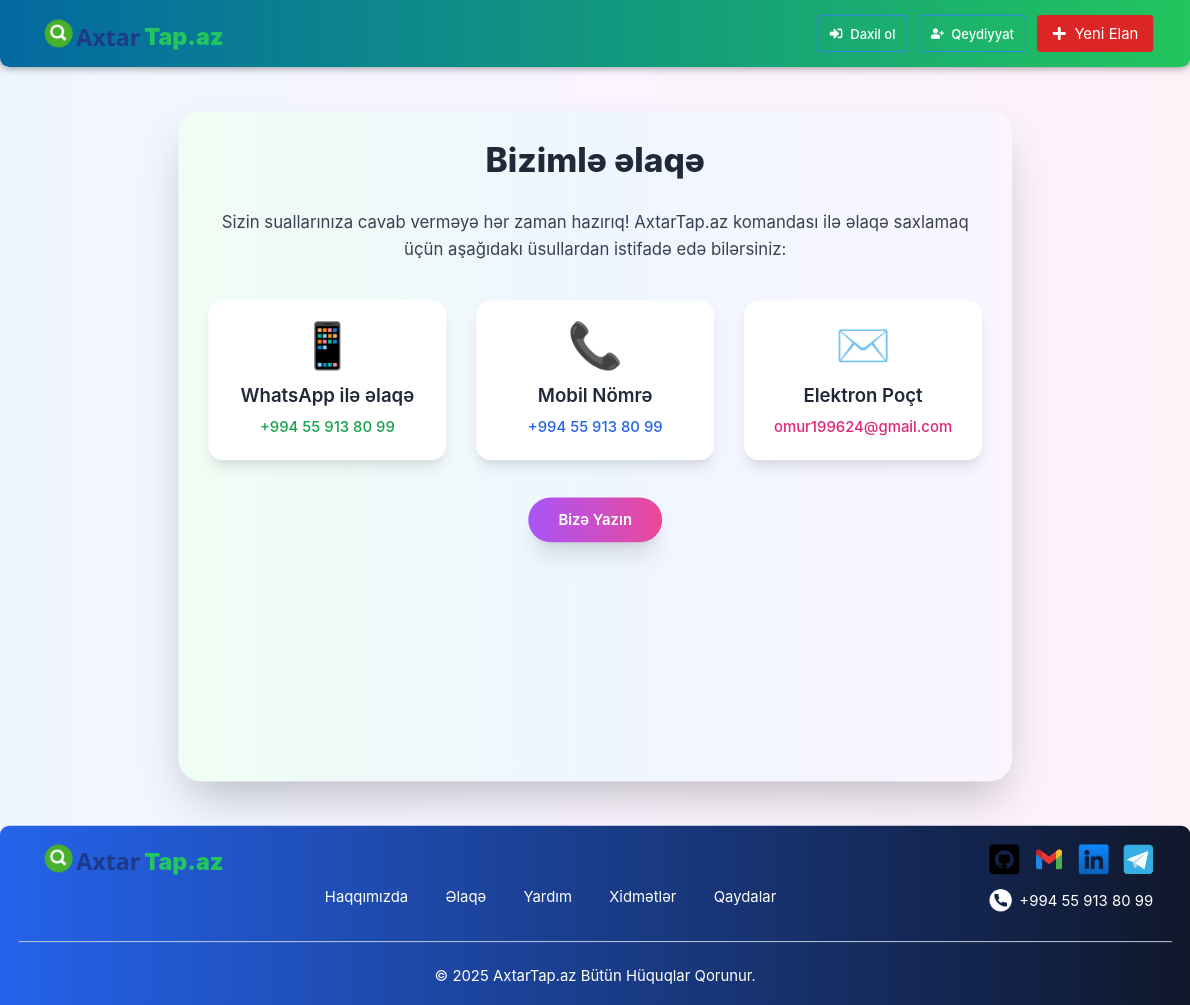
Repository: Omur56/AxtarTap.az
Page: /contact
An editor plug-in stored every save of this project. The page is shown before and after a run of saves, followed by the edit.
The browser window is 1280 px wide. The pictures show the whole page, at 93% of full size.
The project was rebuilt for these pictures with package versions that can differ from the ones it lists, and the page was loaded fresh each time. Some packages were replaced by stand-ins written for this rebuild. Also part of the build but not shown: src/pages/Katalog/Cateqories/index.jsx, src/pages/Katalog/index.jsx, src/pages/About/index.jsx, src/pages/Qaydalar/index.jsx, src/pages/Yardım/index.jsx, src/pages/Xidmetler/index.jsx, src/pages/Home/index.jsx, src/components/CreatePostNeqliyyat/index.jsx and 32 more.

Above is the page before, as saved 2025-08-21 19:39:32.

### public/index.html
<!DOCTYPE html>
<html lang="en">
  <head>
    <meta charset="utf-8" />
    <link rel="icon" href="./assets/TitleLogoImg/titleLogoAxtar.png" />
    <meta name="viewport" content="width=device-width, initial-scale=1" />
    <meta name="theme-color" content="#449b5c" />
    <meta name="viewport" content="width=device-width, initial-scale=1, viewport-fit=cover">

    <meta
      name="description"
      content="Web site created using create-react-app"
    />
    <link rel="apple-touch-icon" href="./assets/TitleLogoImg/titleLogoAxtar.png" />
    <!--
      manifest.json provides metadata used when your web app is installed on a
      user's mobile device or desktop. See https://developers.google.com/web/fundamentals/web-app-manifest/
    -->
    <link rel="manifest" href="%PUBLIC_URL%/manifest.json" />
    <!--
      Notice the use of %PUBLIC_URL% in the tags above.
      It will be replaced with the URL of the `public` folder during the build.
      Only files inside the `public` folder can be referenced from the HTML.

      Unlike "/favicon.ico" or "favicon.ico", "%PUBLIC_URL%/favicon.ico" will
      work correctly both with client-side routing and a non-root public URL.
      Learn how to configure a non-root public URL by running `npm run build`.
    -->
    <title>AxtarTap.az</title>
  </head>
  <body>
    <noscript>You need to enable JavaScript to run this app.</noscript>
    <div id="root"></div>
    <!--
      This HTML file is a template.
      If you open it directly in the browser, you will see an empty page.

      You can add webfonts, meta tags, or analytics to this file.
      The build step will place the bundled scripts into the <body> tag.

      To begin the development, run `npm start` or `yarn start`.
      To create a production bundle, use `npm run build` or `yarn build`.
    -->
  </body>
</html>

### src/index.js
import React from 'react';
import ReactDOM from 'react-dom/client';
import App from './app/index';
import './index.css';





const root = ReactDOM.createRoot(document.getElementById('root'));
root.render(

  <React.StrictMode>

    <App />


  </React.StrictMode>

);

### src/app/index.js
import { RouterProvider } from "react-router";
import router from './routes';



function App() {
  return (

    <RouterProvider router={router} />




  );
}

export default App;

### src/index.css
@tailwind base;
@tailwind components;
@tailwind utilities;



*{
    font-family: -apple-system, BlinkMacSystemFont, "Helvetica Neue", "Segoe UI", sans-serif;
}

### src/app/routes.js
import { createBrowserRouter } from "react-router-dom";
import { BrowserRouter, Routes, Route } from "react-router-dom";
import About from "../pages/About";
import Contact from "../pages/Contact";
import Qaydalar from "../pages/Qaydalar";
import Yardim from "../pages/Yardım";
import Xidmetler from "../pages/Xidmetler";
import RootLayout from "../components/Main";
import Katalog from "../pages/Katalog";
import Home from "../pages/Home";
import Nəqliyyat from "../pages/Katalog/Neqliyyat";
import EvVəBag from "../pages/Katalog/Ev_veBag";
import Elektronika from "../pages/Katalog/Elektronika";
import Geyimlər from "../pages/Katalog/Geyimlər";
import Zinət_əşyaları from "../pages/Katalog/Zinət_əşyaları";
import Telefonlar from "../pages/Katalog/Telefonlar";
import Daşınmaz_əmlak from "../pages/Katalog/Daşınmaz_əmlak";
import Məişət_Texnikası from "../pages/Katalog/Məişət_Texnikası";
import Ehtiyyat_hissələri_ve_aksesuarlar from "../pages/Katalog/Ehtiyyat_hissələri_ve_aksesuarlar";
import PostDetail from "../pages/PostDetailHome";
import PostDetalCar from "../pages/PostDetalCar";
import CreateCatalogPost from "../pages/CreateCatalogPost";
import PostDetailElectronika from "../pages/PostDetailElectronika";
import PostDetailAcsesuar from "../pages/PostDetailAcsesuar";
import PostRealEstate from "../pages/PostRealEstate";
import PostDetailHousehold from "../pages/PostDetailHousehold";
import PostDetailPhone from "../pages/PostDetailPhone";
import PostDetailClothing from "../pages/PostDetailClothing";
import PostDetailJewelry from "../pages/PostDetailJewelry";
import PostDetailHome from "../pages/PostDetailHome";
import PrivateRoute from "../components/PrivateRoute";
import Search from "../pages/Search";
import Login from "../pages/Login";
import Reqister from "../pages/Reqister";
import Profile from "../pages/Profile";

import ResetPassword from "../pages/ResetPassword";

const router = createBrowserRouter([
  <RootLayout />,
  {
    path: "/",
    Component: RootLayout,
    children: [
      {
        index: true,
        Component: Home,
      },

      {
        path: "/",
        Component: Home,
      },
      {
        path: "/Katalog",
        Component: Katalog,

      },
      {
        path: "/CreateCatalogPost",
        Component: CreateCatalogPost,
      },
      {
        path: "/Katalog/Nəqliyyat",
        Component: Nəqliyyat,
      },
      {
        path: "/cars/:id",
        Component: PostDetalCar,

      },
      {
        path: "/Katalog/Ev_veBag",
        Component: EvVəBag,
      },

      {
        path: "/elan/:id",
        Component: PostDetail,
      },
      {
        path: "/PostDetalCar/:id",
        Component: PostDetalCar,
      },
       {
          path: "/PostDetailElectronika/:id",
          Component: PostDetailElectronika,
       },
       {
          path: "/PostDetailAcsesuar/:id",
          Component: PostDetailAcsesuar,
       },

       {path: "/PostRealEstate/:id",
       Component: PostRealEstate,

       },

       {
        path: "/PostDetailHousehold/:id",
        Component: PostDetailHousehold,
       },
       {
        path: "/PostDetailPhone/:id",
        Component: PostDetailPhone,

       },

       {
        path: "/PostDetailClothing/:id",
        Component: PostDetailClothing,
       },
       {
        path: "/PostDetailJewelry/:id",
        Component: PostDetailJewelry,
       },
       {
        path: "/PostDetailHome/:id",
        Component: PostDetailHome,
       },
      {
        path: "/Katalog/Elektronika",
        Component: Elektronika,

      },
      {
        path: "/Katalog/Geyimlər",
        Component: Geyimlər,
      },
      {
        path: "/Katalog/Zinət_əşyaları",
        Component: Zinət_əşyaları,
      },
      {
        path: "/Katalog/Telefonlar",
        Component: Telefonlar,
      },
      {
        path: "/Katalog/Daşınmaz_əmlak",
        Component: Daşınmaz_əmlak,
      },
      {
        path: "/Katalog/Məişət_Texnikası",
        Component: Məişət_Texnikası,
      },
      {
        path: "/Katalog/Ehtiyyat_hissələri_ve_aksesuarlar",
        Component: Ehtiyyat_hissələri_ve_aksesuarlar,
      },


      {
        path: "/about",
        Component: About,
      },
     {
      path: "/contact",
      Component: Contact,
     },
     {
      path: "/qaydalar",
      Component: Qaydalar,
     },

    {
      path: "/yardim",
      Component: Yardim,
    },
    {
      path: "/Xidmetler",
      Component: Xidmetler,
    },

    {
      path: "/login",
      Component: Login,
    },
    {
      path: "/reqister",
      Component: Reqister,
    },

    {
      path: "/search",
      Component: Search,
    },


{
   path: "/",
          Component: () => {
            <PrivateRoute>
              <Home />
            </PrivateRoute>
          }
},
{
   path: "/Profile",
          Component: () => {
            <PrivateRoute>
              <Profile />
            </PrivateRoute>
          }
},

{
  path: "/Profile",
  Component: Profile,
},




{
  path: "/reset-password/:token",
   Component: ResetPassword,
},



    ],
  },
]);

export default router;

### src/pages/Contact/index.jsx



const Contact = () => {
    return (
        <div>
            <div className="max-w-4xl mx-auto p-8 mt-12 mb-12 min-h-screen  bg-gradient-to-r from-green-50 via-blue-50 to-purple-50 rounded-3xl shadow-2xl">
  <h2 className="text-4xl font-extrabold text-gray-800 mb-8 text-center">Bizimlə əlaqə</h2>

  <p className="text-gray-700 text-lg leading-relaxed text-center mb-10">
    Sizin suallarınıza cavab verməyə hər zaman hazırıq! AxtarTap.az komandası ilə əlaqə saxlamaq üçün aşağıdakı üsullardan istifadə edə bilərsiniz:
  </p>

  <div className="grid md:grid-cols-3 gap-8 text-center ju">

    <div className="bg-white rounded-2xl p-6 shadow-lg transform hover:-translate-y-2 hover:scale-105 transition-all duration-300">
      <div className="text-green-500 text-5xl mb-4 flex justify-center">📱</div>
      <h3 className="text-xl font-semibold text-gray-800 mb-2">WhatsApp ilə əlaqə</h3>
      <a
        href="https://wa.me/99455xxxxxxx"
        target="_blank"
        rel="noopener noreferrer"
        className="text-green-600 font-medium hover:underline"
      >
        +994 55 913 80 99
      </a>
    </div>


    <div className="bg-white rounded-2xl p-6 shadow-lg transform hover:-translate-y-2 hover:scale-105 transition-all duration-300">
      <div className="text-blue-500 text-5xl mb-4 flex justify-center">📞</div>
      <h3 className="text-xl font-semibold text-gray-800 mb-2">Mobil Nömrə</h3>
      <a href="tel:+994559138099" className="text-blue-600 font-medium hover:underline">
        +994 55 913 80 99
      </a>
    </div>


    <div className="bg-white rounded-2xl p-6 shadow-lg transform hover:-translate-y-2 hover:scale-105 transition-all duration-300">
      <div className="text-pink-500 text-5xl mb-4 flex justify-center">✉️</div>
      <h3 className="text-xl font-semibold text-gray-800 mb-2">Elektron Poçt</h3>
      <a href="mailto:omur199624@gmail.com" className="text-pink-600 font-medium hover:underline">
        omur199624@gmail.com
      </a>
    </div>
  </div>

  <div className="mt-10 flex justify-center">
    <span className="inline-block px-8 py-3 bg-gradient-to-r from-purple-500 to-pink-500 text-white font-semibold rounded-full shadow-xl hover:scale-105 transition-transform cursor-pointer">
      Bizə Yazın
    </span>
  </div>
</div>

        </div>
    );
};
export default Contact;

### src/components/Main/index.jsx
import {Outlet,  useNavigate } from "react-router";
import Footer from "../Footer";
import BottomMenu from "../MobileMenu";
import Header from "../Header";



const RootLayout = () => {
  const navigate = useNavigate();

  return (
   <div className=" bg-gradient-to-r from-blue-50 via-purple-50 to-pink-50">
       <Header />

      <Outlet />
       <Footer/>
      <BottomMenu />
   </div>
  );
};

export default RootLayout;

### src/components/Footer/index.jsx
import { Link } from "react-router-dom";
import TitleLogo from "../TitleLogo";

function Footer() {
  return (
    <footer className="px-5 sm:px-5 py-5  bg-gradient-to-r from-blue-600 to-slate-900 rounded-t-[10px]">
      <div className="mx-auto max-w-[1200px] flex flex-col md:flex-row justify-between gap-2">

        <div className="flex justify-start max-h-[20px] md:justify-start">
          <div className="w-20 h-20">
            <TitleLogo />
          </div>
        </div>


        <div className="grid grid-cols-1 mt-[40px] gap-6 items-center text-white justify-center">
          <div className="flex flex-col sm:flex-row sm:gap-6 lg:gap-10 items-center">
            <Link className="hover:text-[#43D262] hover:underline" to={"/about"}>
              Haqqımızda
            </Link>
            <Link className="hover:text-[#43D262] hover:underline" to={"/contact"}>
              Əlaqə
            </Link>



            <Link className="hover:text-[#43D262] hover:underline" to={"/yardim"}>
              Yardım
            </Link>
            <Link className="hover:text-[#43D262] hover:underline" to={"/Xidmetler"}>
              Xidmətlər
            </Link>
            <Link className="hover:text-[#43D262] hover:underline" to={"/Qaydalar"}>
              Qaydalar
            </Link>
       </div>
        </div>

        <div className="flex flex-col items-center md:items-end gap-4">
          <div className="flex gap-4">
            <Link to={"https://github.com/omur56"}>
              <img
                className="w-8 h-8 sm:w-8 sm:h-8"
                src="/assets/SocialMediaIcon/github_3291695-removebg-preview.png"
                alt="Github"
              />
            </Link>
            <Link to={"https://mail.google.com/mail/?view=cm&fs=1&to=omur199624@gmail.com"}>
              <img
                className="w-8 h-8 sm:w-8 sm:h-8"
                src="/assets/SocialMediaIcon/icons8-gmail-48.png"
                alt="Gmail"
              />
            </Link>
            <Link to={"https://www.linkedin.com/in/%C3%B6m%C3%BCrxan-abdullayev-b2052a318"}>
              <img
                className="w-8 h-8 sm:w-8 sm:h-8"
                src="/assets/SocialMediaIcon/linkedin_3992606-removebg-preview.png"
                alt="Linkedin"
              />
            </Link>
            <Link to={"https://t.me/omurxan1"}>
              <img
                className="w-8 h-8 sm:w-8 sm:h-8"
                src="/assets/SocialMediaIcon/telegram-svgrepo-com.svg"
                alt="Telegram"
              />
            </Link>
          </div>

          <a
            className="text-white text-sm sm:text-base flex items-center gap-2 hover:underline hover:text-sky-400"
            href="tel:+994559138099"
          >
            <img
              className="w-6 h-6 sm:w-6 sm:h-6"
              src="/assets/SocialMediaIcon/telephoneicon.png"
              alt="Phone"
            />
            +994 55 913 80 99
          </a>
        </div>
      </div>

      <div className="border-t border-slate-300 mt-8"></div>

      <div className="flex justify-center mt-6">
        <p className="text-white text-center">© 2025 AxtarTap.az Bütün Hüquqlar Qorunur.</p>
      </div>
    </footer>
  );
}

export default Footer;

### src/components/MobileMenu/index.jsx
import React, { useState, useEffect } from "react";
import { Link } from "react-router-dom";
import { menuItems } from "../SideBarMenu/data";

const BottomMenu = () => {
  const [showNavbar, setShowNavbar] = useState(true);
  const [lastScrollY, setLastScrollY] = useState(0);

  useEffect(() => {
    const handleScroll = () => {
      const currentScrollY = window.scrollY;

      if (currentScrollY > lastScrollY) {
        // Aşağı scroll → gizlət
        setShowNavbar(false);
      } else {
        // Yuxarı scroll → göstər
        setShowNavbar(true);
      }

      setLastScrollY(currentScrollY);
    };

    window.addEventListener("scroll", handleScroll);
    return () => window.removeEventListener("scroll", handleScroll);
  }, [lastScrollY]);

  return (
    <div
      className={`md:hidden fixed bottom-0 left-0 w-full rounded-t-[10px] bg-white text-gray-500 flex justify-around items-center py-4 z-50 shadow-lg border-t border-gray-300 transition-transform duration-300 ${
        showNavbar ? "translate-y-0" : "translate-y-full"
      }`}
    >
      {menuItems.slice(0, 5).map((item) => (
        <Link
          key={item.id}
          to={item.url}
          className="flex flex-col items-center text-xs hover:text-[#01D063] transition-colors"
        >
          <div className="text-[25px]">{item.icon}</div>
          <span className="text-[10px]">{item.text}</span>
        </Link>
      ))}
    </div>
  );
};

export default BottomMenu;

### src/components/Header/index.jsx




import { useState } from "react";
import { useNavigate } from "react-router";
import TitleLogo from "../TitleLogo";
import { FaSignInAlt, FaUserPlus, FaPlus, FaUser, FaSignOutAlt } from "react-icons/fa";
import { Link } from "react-router-dom";
function Header() {
  const navigate = useNavigate();
  const [isLoggedIn, setIsLoggedIn] = useState(false);

  const handleLogin = () => {
    // login prosesiniz bitdikdən sonra
    setIsLoggedIn(true);
    navigate("/"); // login olduqda əsas səhifəyə yönləndirmək
  };

  const handleLogout = () => {
    setIsLoggedIn(false);
    navigate("/"); // logout olduqda əsas səhifəyə yönləndirmək
  };

  return (
    <header className="header bg-gradient-to-r from-sky-700 to-green-500 mx-auto my-auto shadow-[0px_0px_10px_0px_rgba(0,0,0,0.5)] rounded-b-[10px]">
      <div className="flex justify-between items-center py-4 mx-auto my-auto max-w-[1200px]">
        <TitleLogo />

        <div className="flex gap-3">
          {!isLoggedIn && (
            <>
              <button
                className="flex hidden md:flex transform ease-in-out duration-500 items-center text-[14px] font-[500] gap-2 bg-transparent border border-blue-500 text-white hover:text-white px-3 py-1 rounded-[4px] hover:bg-blue-500"
                onClick={() => navigate("/login")}
              >
                <FaSignInAlt /> Daxil ol
              </button>
              <button
                className="flex hidden md:flex transform ease-in-out duration-500 items-center text-[14px] font-[500] gap-2 bg-transparent border border-blue-500 text-white hover:text-white px-3 py-1 rounded-[4px] hover:bg-blue-500"
                onClick={() => navigate("/reqister")}
              >
                <FaUserPlus /> Qeydiyyat
              </button>
            </>
          )}

          {isLoggedIn && (
            <>
              <button
                className="flex hidden md:flex transform ease-in-out duration-500 items-center text-[14px] font-[500] gap-2 bg-transparent border border-blue-500 text-white hover:text-white px-3 py-1 rounded-[4px] hover:bg-blue-500"
                onClick={() => navigate("/profile")}
              >
                <FaUser /> Profil
              </button>
              <button
                className="flex hidden md:flex transform ease-in-out duration-500 items-center text-[14px] font-[500] gap-2 bg-red-600 text-white px-3 py-1 rounded-[4px] hover:bg-red-400"
                onClick={handleLogout}
              >
                <FaSignOutAlt /> Logout
              </button>
            </>
          )}

          <button
            className="flex hidden md:flex items-center gap-2 bg-red-600 text-white px-4 py-2 rounded-[4px] hover:bg-red-400 transition"
            onClick={() => navigate("/CreateCatalogPost")}
          >
            <FaPlus /> Yeni Elan
          </button>
        </div>
      </div>
    </header>
  );
}

export default Header;

### src/components/TitleLogo/index.jsx
import { NavLink } from "react-router-dom";



function TitleLogo () {
    return <div className="title-logo p-2 w-[100px] h-[30px] flex  items-center  mb-[0px] cursor-pointer">
       <NavLink className={`w-[100px] h-[30px]`} to={"/"}><p className="flex gap-1 text-blue-900 text-[25px] font-black font-sans"><img className="w-[30px] h-[30px]" src="/assets/TitleLogoImg/axtaricon.png" alt="TezTap" />Axtar<span className="text-green-500 font-black text-[25px]">Tap.az</span></p></NavLink>

         {/* <img src="/assets/TitleLogoImg/titleLogoAxtar.png" alt="TezTap" /> */}
    </div>;
}

export default TitleLogo;

### src/components/SideBarMenu/data.jsx


import {
  FaHome,
  FaUser,
  FaCog,
  FaEnvelope,
  FaThLarge,
   FaPlus,
   FaSearch,
} from "react-icons/fa";
import { MdPersonAdd } from "react-icons/md";
export const menuItems = [
  {
    id: 1,
    text: "Əsas",
    url: "/",
    icon: <FaHome />,
  },
  {
    id: 2,
    text: "Katalog",
    url: "/Katalog",
    icon: <FaThLarge />,
  },
  {
    id: 3,
    text: "Yeni Elan",
    url: "/CreateCatalogPost",
    icon:<FaPlus size={30} /> ,
  },
  {
    id: 4,
    text: "Profil",
    url: "/Login",
    icon: <FaUser />,
  },
  {
    id: 5,
    text: "Axtarış",
    url: "/search",
    icon: <FaSearch  />,
  },
  {
    id: 6,
    text: "Əlaqə",
    url: "/contact",
    icon: <FaEnvelope />,
  },

  {
    id: 7,
    text: "Settings",
    url: "/settings",
    icon: <FaCog />,

  },
    // {
  //   id: 5,
  //   text: "Haqqımızda",
  //   url: "/about",
  //   icon: <FaInfoCircle />,
  // },
];

### tailwind.config.js
/** @type {import('tailwindcss').Config} */
module.exports = {
  content: ["./src/**/*.{js,jsx,ts,tsx}"],
  theme: {
    extend: {
      screens: {
       'tiny': { 'min': '100px', 'max': '500px' }, // 100–500px arası ekran
      'sm': '640px',
      'md': '768px',
      'lg': '1024px',
      'xl': '1280px',
      '2xl': '1536px',
      },
      keyframes: {
        shimmer: {
          '0%': { backgroundPosition: '-450px 0' },
          '100%': { backgroundPosition: '450px 0' },
        },
      },
      animation: {
        shimmer: 'shimmer 1.5s infinite linear',
      },
      backgroundSize: {
        'shimmer': '900px 100%',
      },
    },
  },
  plugins: [],
}

After the next 2 saves:
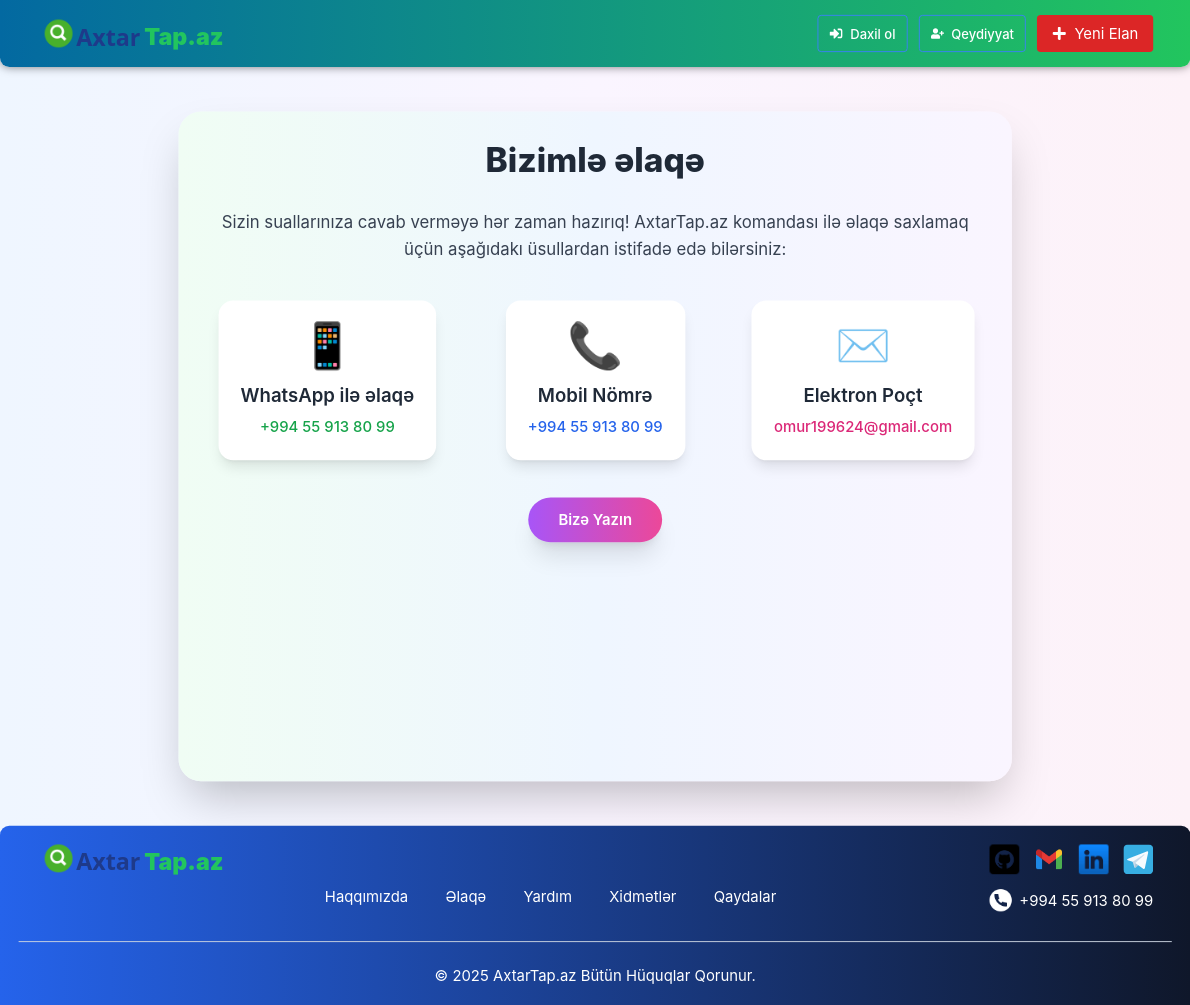
The 2 saves are shown as one change because they came seconds apart.
The last was saved 7 s later.
--- a/src/pages/Contact/index.jsx
+++ b/src/pages/Contact/index.jsx
@@ -11,7 +11,7 @@
     Sizin suallarınıza cavab verməyə hər zaman hazırıq! AxtarTap.az komandası ilə əlaqə saxlamaq üçün aşağıdakı üsullardan istifadə edə bilərsiniz:
   </p>
 
-  <div className="grid md:grid-cols-3 gap-8 text-center ju">
+  <div className="grid md:grid-cols-3 gap-8 text-center justify-items-center">
 
     <div className="bg-white rounded-2xl p-6 shadow-lg transform hover:-translate-y-2 hover:scale-105 transition-all duration-300">
       <div className="text-green-500 text-5xl mb-4 flex justify-center">📱</div>
